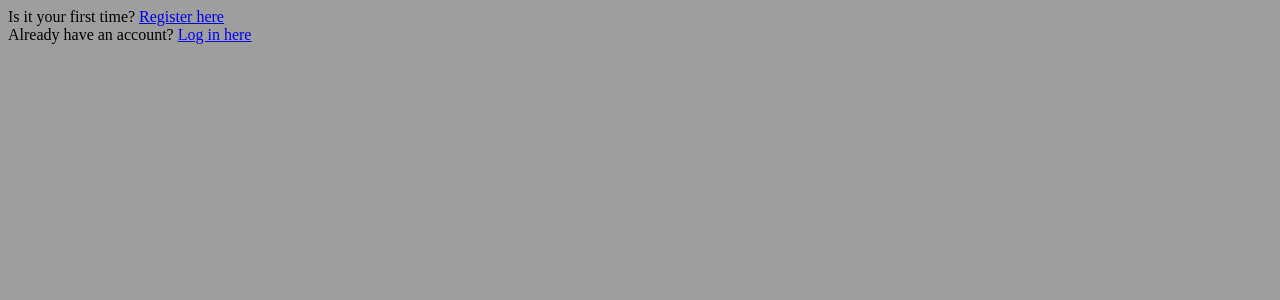
Repository: avchen0/Avensys
Page: Java/FirstProgram/src/main/webapp/hello.html
The author's editor kept a copy of each file at every save. The page is drawn from the files as they stood at one save, then again after the next save.
The browser window is 1280 px wide. The pictures show the whole page.

Above is the page before, as saved 2021-08-06 04:04:15.

### Java/FirstProgram/src/main/webapp/hello.html
<!DOCTYPE html>
<html>
<head>
<meta charset="UTF-8">
<title>First Servlet Program</title>
</head>
<body background="C:\Users\User\_Avensys\Web\pexels-cottonbro-4327024.jpg">
<!--
<p>Servlet test</p>
form action="Intro">
	<table>
		<tr>
			<td>Name</td><input type="text" name="name"><td>
		</tr>
		<tr>
			<td></td><input type="submit" value="SUBMIT"><td>
		</tr>
	</table>
</form>

-->
<!--
<form action="Insert">
	<table>
		<tr>
			<td>Name</td><input type="text" name="name"><td>
		</tr>
	</table>
		<table>
		<tr>
			<td>Email</td><input type="text" name="email"><td>
		</tr>
	</table>
		<table>
		<tr>
			<td>Role</td><input type="text" name="role"><td>
		</tr>
		<tr>
			<td></td><input type="submit" value="SUBMIT"><td>
		</tr>
	</table>
</form>
 -->
<!--
<form action="/FirstProgram/FetchDataMVCServlet">
	<table>
		<tr>
			<td>Name</td><input type="text" name="name"><td>
		</tr>
		<tr>
			<td></td><input type="submit" value="SUBMIT"><td>
		</tr>
	</table>
</form>

 -->
Is it your first time? <a href="register.html">Register here</a><br>
Already have an account? <a href="login.html">Log in here</a><br>
</body>
</html>

After the next save:
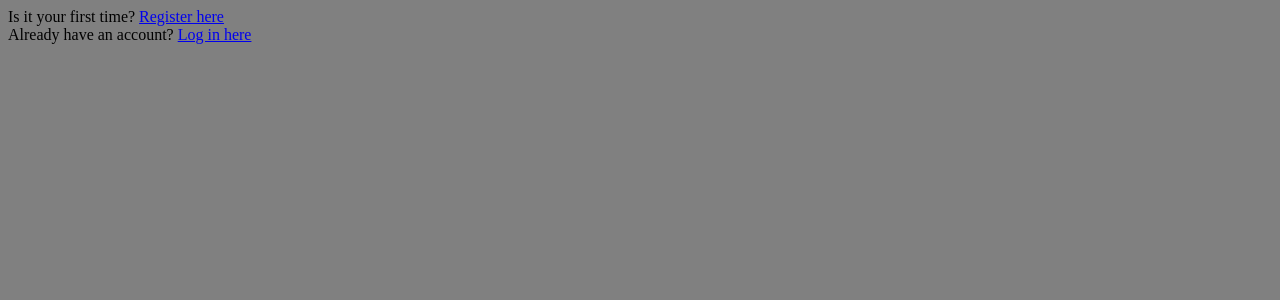
Saved 68 s later.
--- a/Java/FirstProgram/src/main/webapp/hello.html
+++ b/Java/FirstProgram/src/main/webapp/hello.html
@@ -3,8 +3,14 @@
 <head>
 <meta charset="UTF-8">
 <title>First Servlet Program</title>
+<style type="text/css" media="screen">body {
+  background-image: "C:\Users\User\_Avensys\Web\pexels-cottonbro-4327024.jpg";
+  background-repeat: no-repeat;
+  background-attachment: fixed;
+  background-size: cover;
+}</style>
 </head>
-<body background="C:\Users\User\_Avensys\Web\pexels-cottonbro-4327024.jpg">
+<body style="background-color:grey">
 <!--
 <p>Servlet test</p>
 form action="Intro">
